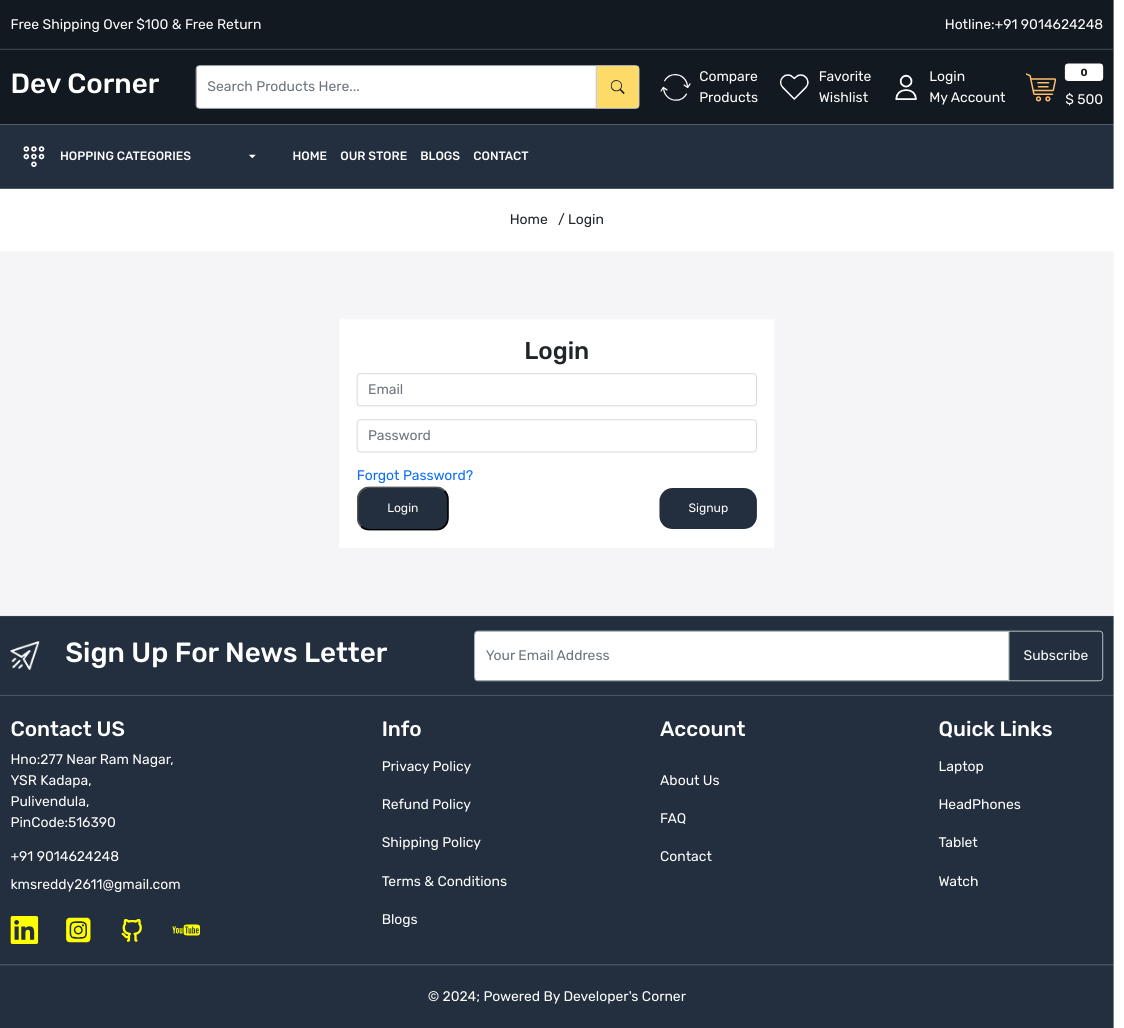
Repository: maniheist/ecommerce-app
Page: /login
The author's editor kept a copy of each file at every save. The page is drawn from the files as they stood at one save, then again after the next save.
The browser window is 1280 px wide. The page is 1292 px wide, so the pictures cover 1292 px, including what lies to the right of the window. The pictures show the whole page, at 87% of full size.
The project was rebuilt for these pictures with package versions that can differ from the ones it lists, and the page was loaded fresh each time. Also part of the build but not shown: src/components/BlogCard.js, src/components/ProductCard.js, src/components/SpecialProduct.js, src/pages/Home.js, src/pages/About.js, src/pages/Contact.js, src/components/Color.js, src/pages/OurStore.js and 3 more.

Above is the page before, as saved 2024-02-20 15:17:39.

After the next save:
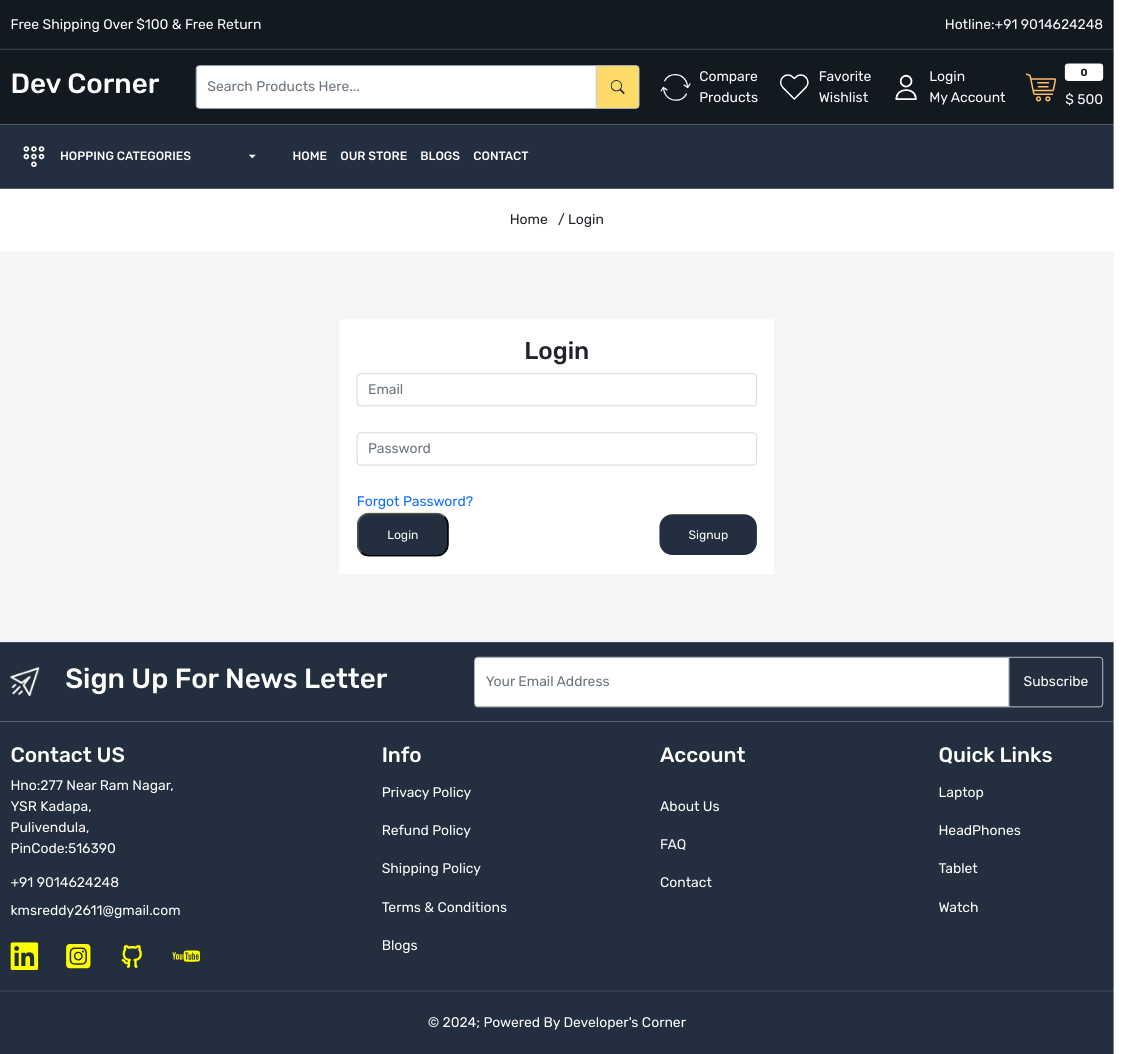
Saved 15 s later.
--- a/src/pages/Login.js
+++ b/src/pages/Login.js
@@ -11,7 +11,7 @@
             <div className='col-12'>
                 <div className='auth-card'>
                     <h3 className='text-center'>Login</h3>
-                    <form className='d-flex flex-column gap-15'>
+                    <form className='d-flex flex-column gap-30'>
                         <div><input type='email' name='email' placeholder='Email'  className='form-control'></input></div>
                         <div><input type='password' name='password' placeholder='Password' className='form-control'></input></div>
                         <div>
